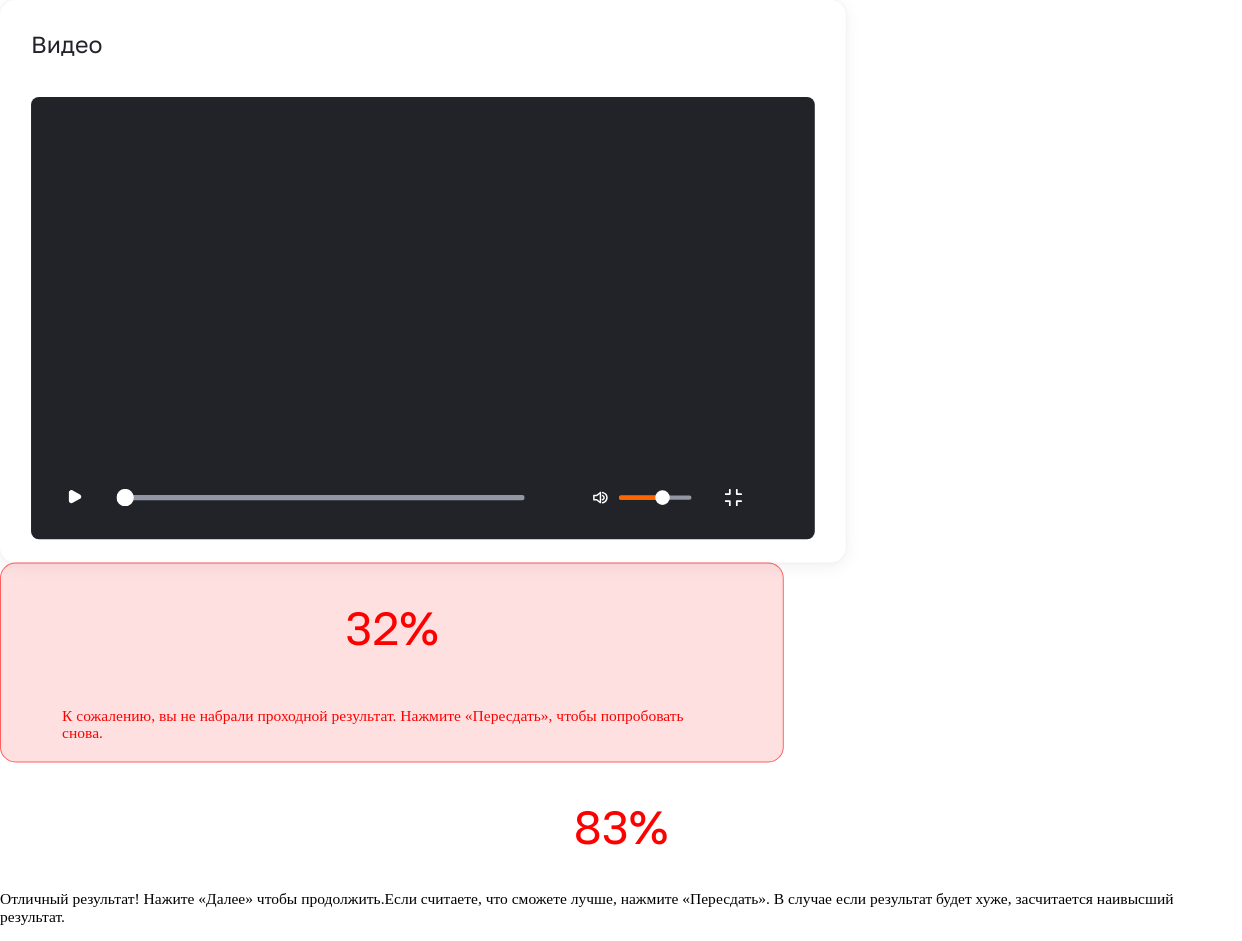
Repository: RuslanSR2424/Group5_LizaAlert
Page: index.html
The author's editor kept a copy of each file at every save. The page is drawn from the files as they stood at one save, then again after the next save.
The browser window is 1280 px wide. The pictures show the whole page, at 97% of full size.

Above is the page before, as saved 2022-03-09 17:00:42.

### index.html
<!DOCTYPE html>
<html lang="en">

<head>
    <meta charset="UTF-8">
    <meta http-equiv="X-UA-Compatible" content="IE=edge">
    <meta name="viewport" content="width=device-width, initial-scale=1.0">
    <link rel="stylesheet" href="./pages/index.css" />
    <title>Document</title>
</head>

<body class="root">
    <section class="video">
        <h2 class="video__title">
            Видео
        </h2>
        <div class="video__player">
            <img class="video__button video__button_type_play" src="./images/video/start.svg">
            <img class="video__button video__button_type_timeline" src="./images/video/timeline.svg">
            <img class="video__button video__button_type_sound-icon" src="./images/video/sound-icon.svg">
            <img class="video__button video__button_type_sound" src="./images/video/sound.svg">
            <img class="video__button video__button_type_size" src="./images/video/size.svg">
        </div>
    </section>
    <section class="results">
        <div class="results__bad">
            <h2 class="results__score">32%</h2>
            <p class="result__text result__text_type_bad">К сожалению, вы не набрали проходной результат.
                Нажмите «Пересдать», чтобы попробовать снова.</p>
        </div>
        <div class="results__good">
            <h2 class="results__score">83%</h2>
            <p class="result__text result__text_type_good">Отличный результат!
                Нажите «Далее» чтобы продолжить.Если считаете, что сможете лучше, нажмите «Пересдать». В случае если результат будет хуже, засчитается наивысший результат.</p>
        </div>
    </section>
</body>

</html>

### pages/index.css
@import url(../fonts/fonts.css);
@import url(../blocks/root/root.css);

/* video */

@import url(../blocks/video/video.css);
@import url(../blocks/video/__button/video__button.css);
@import url(../blocks/video/__button/_type/video__button_type_play.css);
@import url(../blocks/video/__button/_type/video__button_type_sound.css);
@import url(../blocks/video/__button/_type/video__button_type_timeline.css);
@import url(../blocks/video/__button/_type/video__button_type_size.css);
@import url(../blocks/video/__button/_type/video__button_type_sound-icon.css);
@import url(../blocks/video/__player/video__player.css);
@import url(../blocks/video/__title/video__title.css);

/* results */

@import url(../blocks/results/results.css);
@import url(../blocks/results/__bad/results__bad.css);
@import url(../blocks/results/__good/results__good.css);
@import url(../blocks/results/__score/results__score.css);
@import url(../blocks/results/__text/results__text.css);
@import url(../blocks/results/__text/_type/result__text_type_bad.css);
@import url(../blocks/results/__text/_type/result__text_type_good.css);

### fonts/fonts.css
@font-face {
  font-family: "Golos";
  font-style: normal;
  font-weight: 700;
  src: url(./Golos-Text_Regular.woff) format("woff"),
    url(./Golos-Text_Regular.woff2) format("woff2");
}
@font-face {
  font-family: "Golos";
  font-style: bold;
  font-weight: 900;
  src: url(./Golos-Text_Bold.woff) format("woff"),
    url(./Golos-Text_Bold.woff2) format("woff2");
}

### blocks/root/root.css
.root {
  margin: 0;
  padding: 0;
  font-family: "Golos-Text";
}

### blocks/video/video.css
.video {
  height: 580px;
  width: 872px;
  display: flex;
  flex-direction: column;
  background: #ffffff;
  box-shadow: 0px 0px 4px rgba(231, 232, 235, 0.6),
    0px 4px 16px rgba(231, 232, 235, 0.6);
  border-radius: 16px;
}

### blocks/video/__button/video__button.css
.video__button{
    height: 18px;
}

### blocks/video/__button/_type/video__button_type_play.css
.video__button_type_play {
    margin: 0 0 35px 36px;
}

### blocks/video/__button/_type/video__button_type_sound.css
.video__button_type_sound{
    margin: 0 0 34px 10px;
}

### blocks/video/__button/_type/video__button_type_timeline.css
.video__button_type_timeline{
    margin: 0 35px 34px 34px;
}

### blocks/video/__button/_type/video__button_type_size.css
.video__button_type_size{
    margin: 0 34px 34px 34px;
}

### blocks/video/__button/_type/video__button_type_sound-icon.css
.video__button_type_sound-icon{
    margin: 0 0 34px 34px;
}

### blocks/video/__player/video__player.css
.video__player {
  height: 456px;
  width: 808px;
  background-color: #212329;
  display: flex;
  flex-direction: row;
  align-items: flex-end;
  border-radius: 8px;
  margin: auto;
}

### blocks/video/__title/video__title.css
.video__title {
  font-family: Golos;
  font-style: normal;
  font-weight: 700;
  font-size: 24px;
  line-height: 28px;
  color: #212329;
  margin: 32px 32px 16px 32px;
}

### blocks/results/results.css
.results{}

### blocks/results/__bad/results__bad.css
.results__bad {
  display: flex;
  flex-direction: column;
  align-items: center;

  width: 808px;
  height: 206px;

  background: rgba(255, 0, 0, 0.12);
  border: 1.2px solid rgba(255, 0, 0, 0.6);
  box-sizing: border-box;
  border-radius: 16px;
}

### blocks/results/__good/results__good.css
.results__good{

}

### blocks/results/__score/results__score.css
.results__score {
  font-family: "Golos";
  font-style: normal;
  font-weight: bold;
  font-size: 48px;
  line-height: 52px;
  text-align: center;

  color: #FF0000;
}

### blocks/results/__text/results__text.css
.results__text {
  font-family: "Golos";
  font-style: normal;
  font-weight: normal;
  font-size: 18px;
  line-height: 24px;
  text-align: center;
}

### blocks/results/__text/_type/result__text_type_bad.css
.result__text_type_bad {
  color: #ff0000;
  width: 680px;
  min-height: 66px;
}

### blocks/results/__text/_type/result__text_type_good.css
.result__text_type_good{}

After the next save:
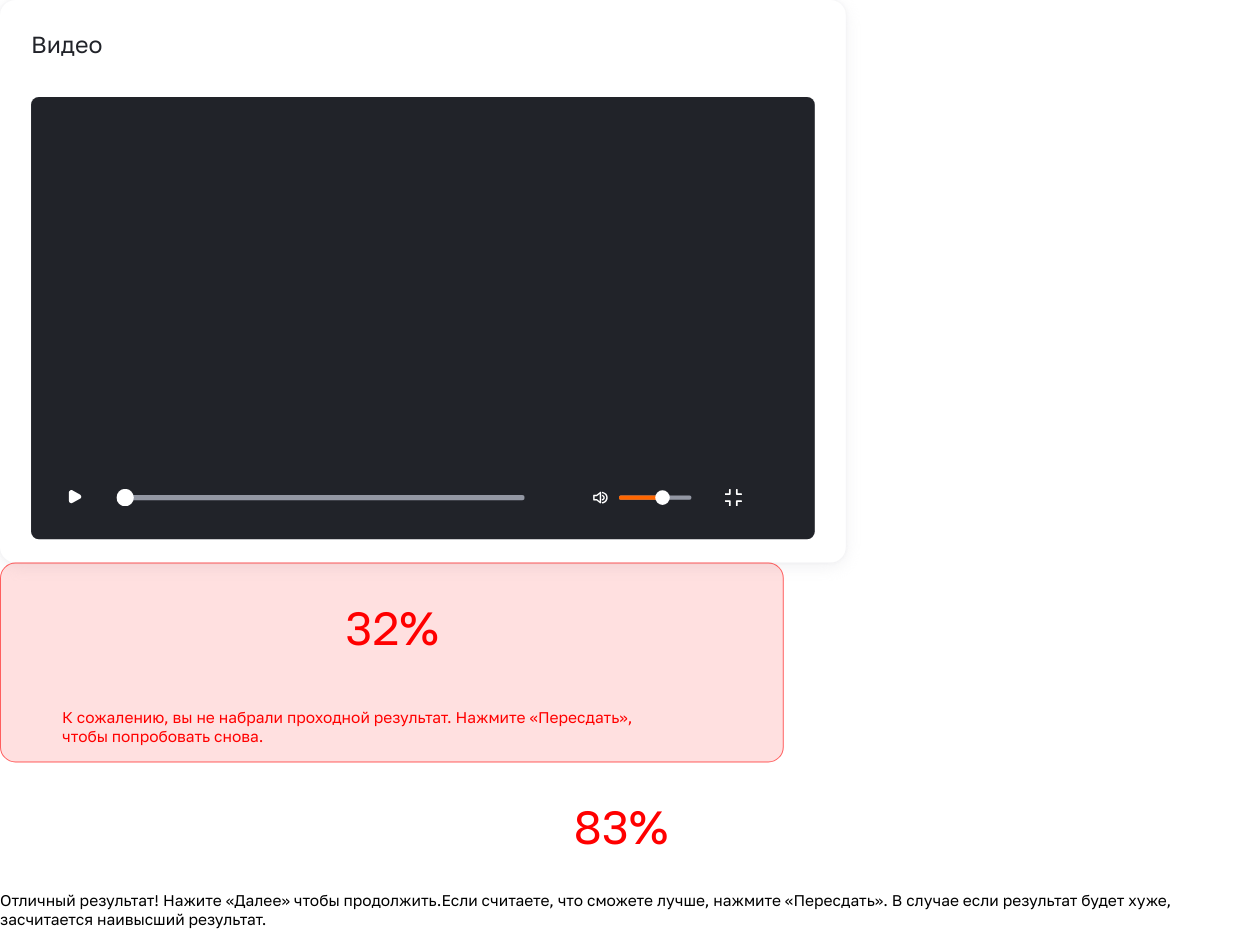
Saved 2 s later.
--- a/blocks/root/root.css
+++ b/blocks/root/root.css
@@ -1,5 +1,5 @@
 .root {
   margin: 0;
   padding: 0;
-  font-family: "Golos-Text";
+  font-family: "Golos";
 }
